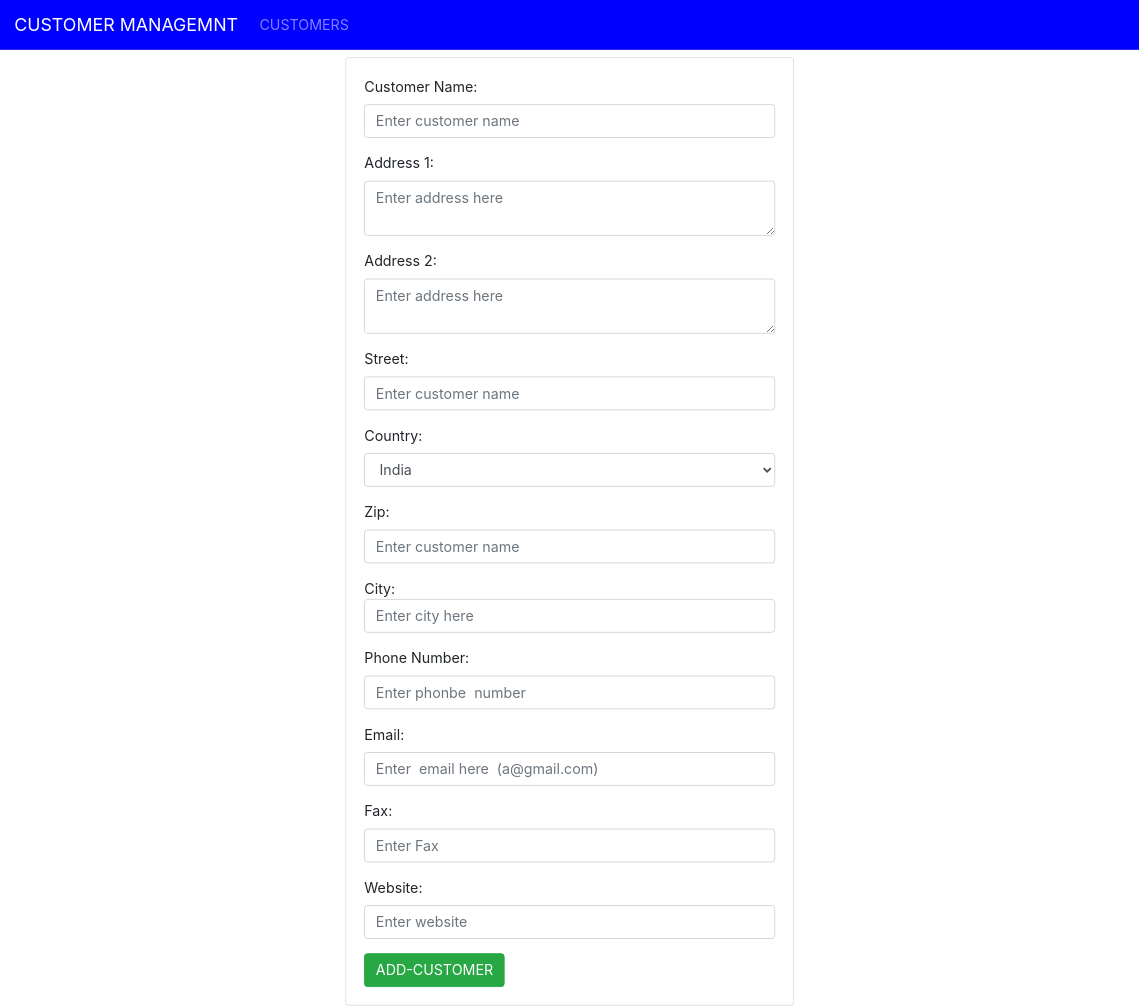
Repository: shruti-2522/webdirekt-assignment
Page: http://localhost/Customer-Project/customer-form.jsp
These files come from the project's save history. The page is drawn as it stood at one moment and after the next save; the edit follows.
The browser window is 1280 px wide. The pictures show the whole page, at 89% of full size.
The page is served by Tomcat 9.

Above is the page before, as saved 2021-07-05 10:45:26.

After the next save:
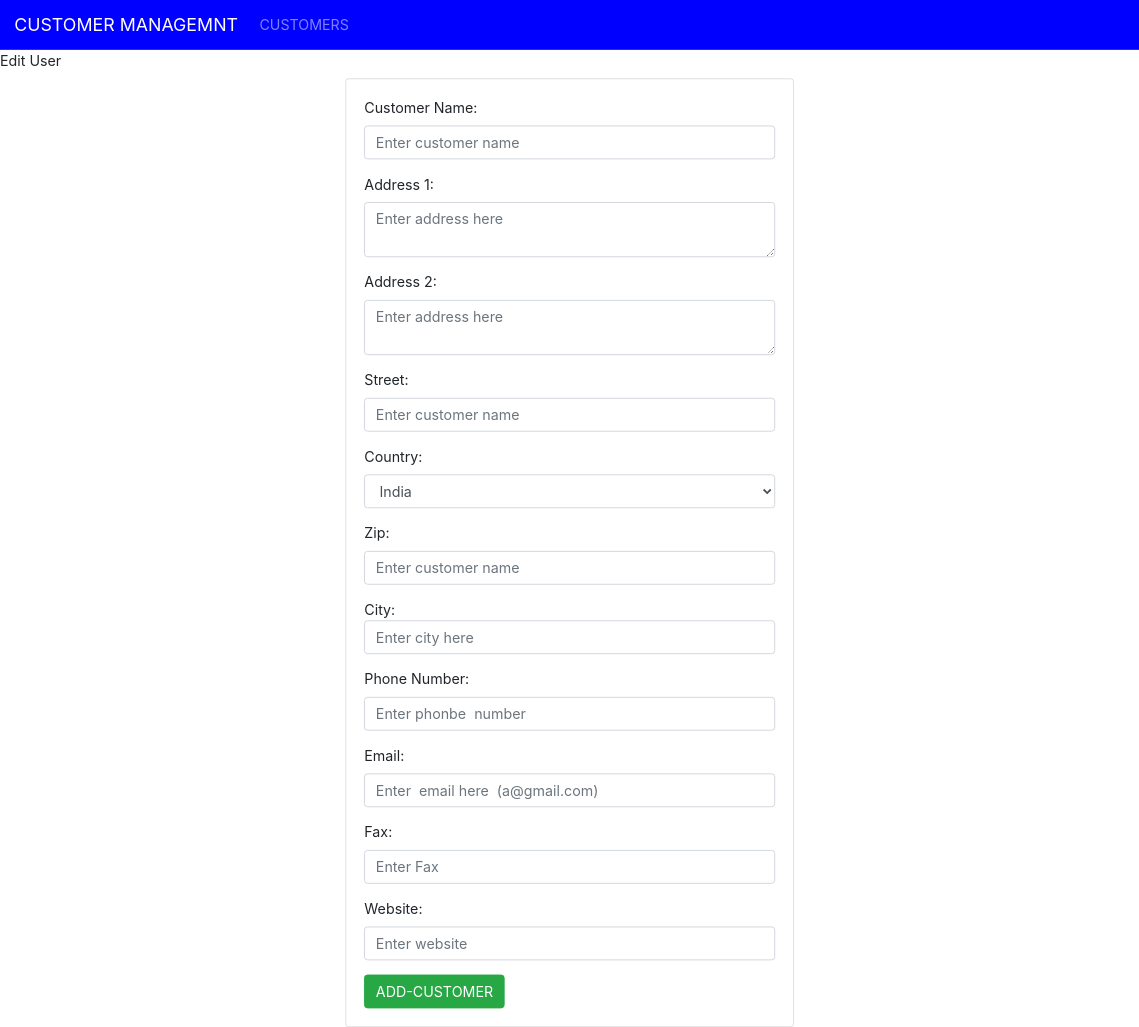
Saved 14 s later.
--- a/Customer-Project/src/main/webapp/customer-form.jsp
+++ b/Customer-Project/src/main/webapp/customer-form.jsp
@@ -29,7 +29,10 @@
 	</header>
 
 
-	<c:if test="{customer!=null}"></c:if>
+	<c:if test="{customer!=null}">
+	Edit User
+
+	</c:if>
 
 	<div class="container col-md-5 mt-2">
 		<div class="card">
